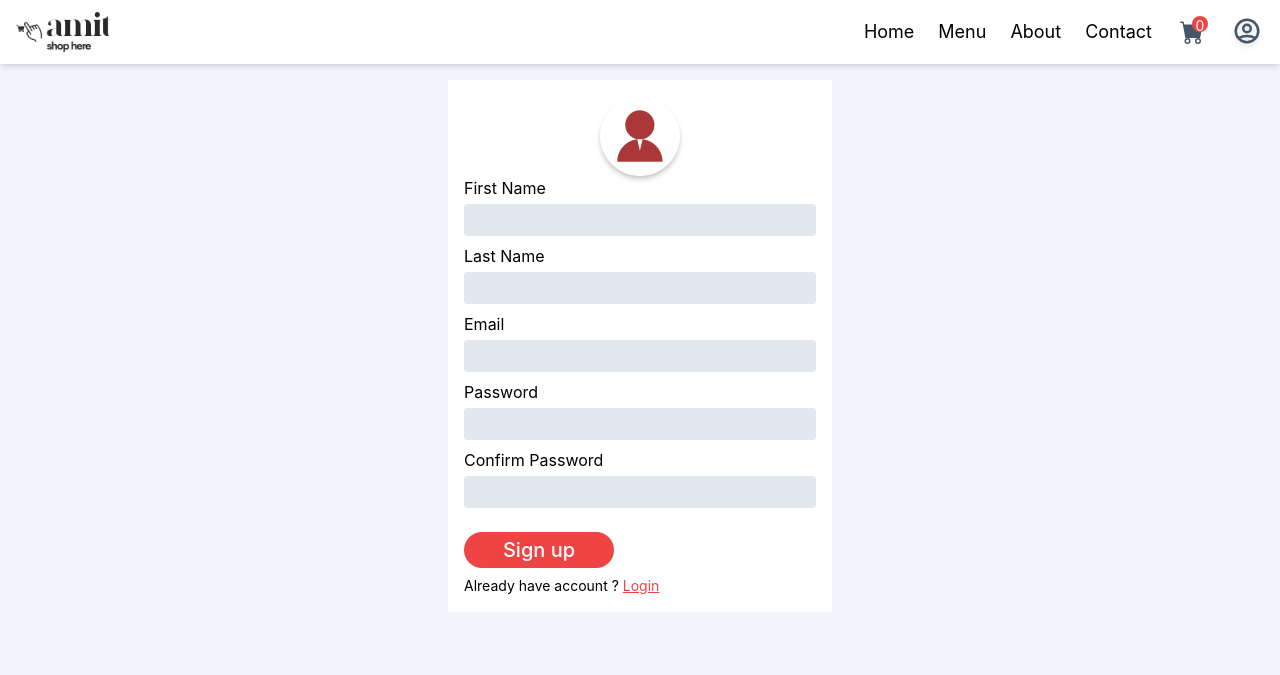
Repository: Lehuyhuynh/Web_ban_hoa_qua
Page: /signup (app in frontend/)
These files come from the project's save history. The page is drawn as it stood at one moment and after the next save; the edit follows.
The browser window is 1280 px wide. The pictures show the whole page.
The project was rebuilt for these pictures with package versions that can differ from the ones it lists, and the page was loaded fresh each time. Also part of the build but not shown: frontend/src/page/Home.js, frontend/src/page/Menu.js, frontend/src/page/About.js, frontend/src/page/Contact.js, frontend/src/page/login.js, frontend/src/page/Newproduct.js.

Above is the page before, as saved 2024-01-02 15:43:58.

### frontend/src/index.js
import React from "react";
import ReactDOM from "react-dom/client";
import "./index.css";
import App from "./App";
import reportWebVitals from "./reportWebVitals";
import {
  createBrowserRouter,
  createRoutesFromElements,
  Route,
  RouterProvider,
} from "react-router-dom";

import Home from "./page/Home";
import Menu from "./page/Menu";
import About from "./page/About";
import Contact from "./page/Contact";
import Login from "./page/login";
import NewProduct from "./page/Newproduct";
import Signup from "./page/Signup";

const router = createBrowserRouter(
  createRoutesFromElements(
    <Route path="/" element={<App />}>
      <Route index element={<Home />} />
      <Route path="menu" element={<Menu />} />
      <Route path="about" element={<About />} />
      <Route path="contact" element={<Contact />} />
      <Route path="login" element={<Login />} />
      <Route path="newproduct" element={<NewProduct />} />
      <Route path="signup" element={<Signup />} />
    </Route>
  )
);

const root = ReactDOM.createRoot(document.getElementById("root"));
root.render(<RouterProvider router={router} />);

// If you want to start measuring performance in your app, pass a function
// to log results (for example: reportWebVitals(console.log))
// or send to an analytics endpoint. Learn more: https://bit.ly/CRA-vitals
reportWebVitals();

### frontend/src/App.js
import Header from "./component/Header";
import { Outlet } from "react-router-dom";
function App() {
  return (
    <>
      <div>
        <Header />
        <main className="pt-16 bg-slate-100 min-h-[calc(100vh)]">
          <Outlet />
        </main>
      </div>
    </>
  );
}

export default App;

### frontend/src/page/Signup.js
import React from "react";
import loginSignupImage from "../assest/login-animation (1).gif";
import { Link } from "react-router-dom";

const Signup = () => {
  return (
    <div className="p-3 md:p-4">
      <div className="w-full max-w-sm bg-white m-auto flex  flex-col p-4">
        {/* <h1 className="text-center text-2xl font-bold">Sign up</h1> */}

        <div className="w-20 h-20 overflow-hidden rounded-full drop-shadow-md shadow-md m-auto relative ">
          <img src={loginSignupImage} className="w-full h-full" />
        </div>

        <form action="">
          <label htmlFor="firstName">First Name</label>
          <input
            type={"text"}
            id="firstName"
            name="firstName"
            className="mt-1 mb-2 w-full bg-slate-200 px-2 py-1 rounded focus-within:outline-blue-300"
          />

          <label htmlFor="lastName">Last Name</label>
          <input
            type={"text"}
            id="lastName"
            name="lastName"
            className="mt-1 mb-2 w-full bg-slate-200 px-2 py-1 rounded focus-within:outline-blue-300"
          />

          <label htmlFor="email">Email</label>
          <input
            type={"email"}
            id="email"
            name="email"
            className="mt-1 mb-2 w-full bg-slate-200 px-2 py-1 rounded focus-within:outline-blue-300"
          />

          <label htmlFor="password">Password</label>
          <div className="flex px-2 py-1 bg-slate-200 rounded mt-1 mb-2 focus-within:outline focus-within:outline-blue-300">
            <input
              type="password"
              id="password"
              name="password"
              className=" w-full bg-slate-200 border-none outline-none "
            />
            <span className="flex text-xl cursor-pointer"></span>
          </div>

          <label htmlFor="confirmpassword">Confirm Password</label>
          <div className="flex px-2 py-1 bg-slate-200 rounded mt-1 mb-2  focus-within:outline focus-within:outline-blue-300">
            <input
              type="confirmpassword"
              id="confirmpassword"
              name="confirmPassword"
              className=" w-full bg-slate-200 border-none outline-none "
            />
            <span className="flex text-xl cursor-pointer"></span>
          </div>

          <button className="w-full max-w-[150px] m-auto  bg-red-500 hover:bg-red-600 cursor-pointer  text-white text-xl font-medium text-center py-1 rounded-full mt-4">
            Sign up
          </button>
        </form>

        <p className="text-left text-sm mt-2">
          Already have account ?{" "}
          <Link to={"/login"} className="text-red-500 underline">
            Login
          </Link>
        </p>
      </div>
    </div>
  );
};

export default Signup;

### frontend/src/component/Header.js
import logo from "../assest/logo .png";
import { Link } from "react-router-dom";
import { HiOutlineUserCircle } from "react-icons/hi";
import { BsCartFill } from "react-icons/bs";
import { useState } from "react";
function Header() {
  const [showMenu, setShowMenu] = useState(false);
  const handleShowMenu = () => {
    setShowMenu((preve) => !preve);
  };
  return (
    <header className="fixed shadow-md w-full h-16 px-2 md:px-4 z-50 bg-white">
      {/* desktop */}

      <div className="flex items-center h-full justify-between">
        <Link to={""}>
          <div className="h-10">
            <img src={logo} className="h-full" />
          </div>
        </Link>

        <div className="flex items-center gap-4 md:gap-7">
          <nav className="gap-4 md:gap-6 text-base md:text-lg hidden md:flex">
            <Link to={""}> Home</Link>
            <Link to={"menu"}> Menu</Link>
            <Link to={"about"}> About</Link>
            <Link to={"contact"}>Contact</Link>
          </nav>

          <div className="text-2xl text-slate-600 relative">
            <BsCartFill />
            <div className="absolute -top-1 -right-1 text-white bg-red-500 h-4 w-4 rounded-full m-0 p-0 text-sm text-center">
              0
            </div>
          </div>
          <div className=" text-slate-600" onClick={handleShowMenu}>
            <div className="text-3xl cursor-pointer w-8 h-8 rounded-full overflow-hidden drop-shadow-md">
              <HiOutlineUserCircle />
            </div>

            {showMenu && (
              <div className="absolute right-2 bg-white py-2  shadow drop-shadow-md flex flex-col min-w-[120px] text-center">
                <Link
                  to={"newproduct"}
                  className="whitespace-nowrap cursor-pointer px-2"
                >
                  New product
                </Link>
                <Link
                  to={"login"}
                  className="whitespace-nowrap cursor-pointer px-2"
                >
                  Login
                </Link>
              </div>
            )}
          </div>
        </div>
      </div>
    </header>
  );
}
export default Header;

Loaded but not shown: frontend/public/index.html (common file); frontend/src/index.css (common file); frontend/src/reportWebVitals.js (common file); frontend/tailwind.config.js (common file)

After the next save:
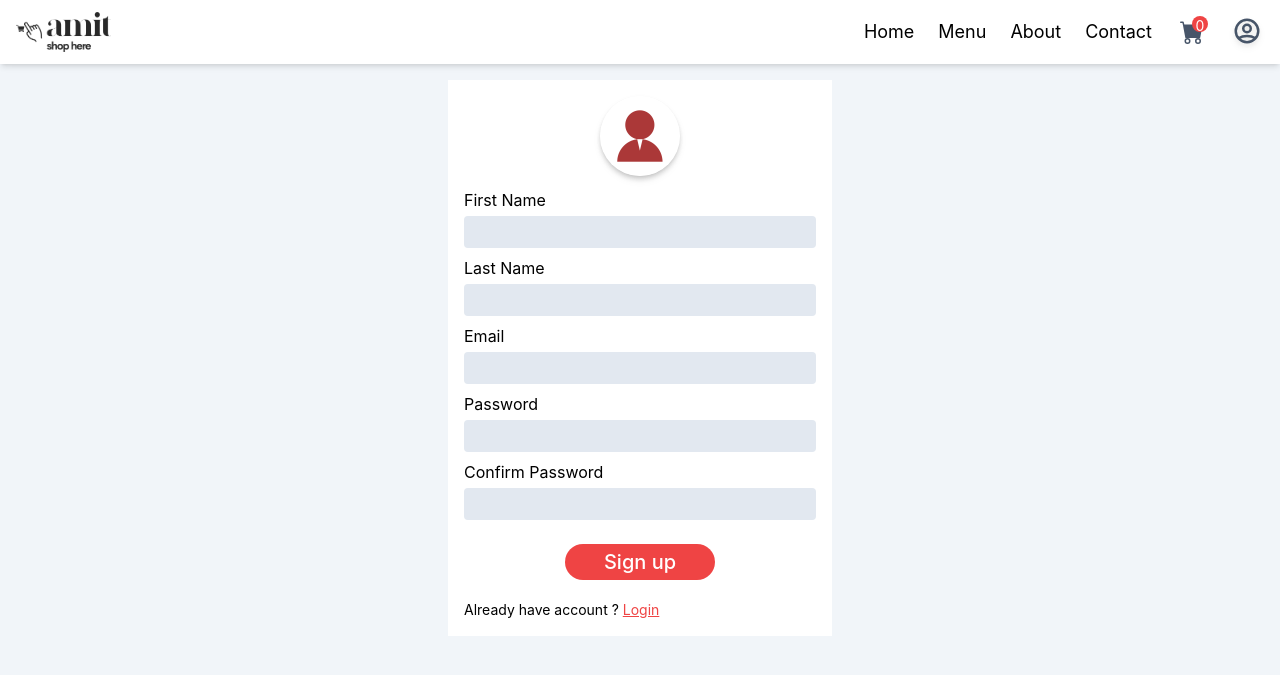
Saved 32 s later.
--- a/frontend/src/page/Signup.js
+++ b/frontend/src/page/Signup.js
@@ -12,7 +12,7 @@
           <img src={loginSignupImage} className="w-full h-full" />
         </div>
 
-        <form action="">
+        <form action="" className="w-full py-3 flex flex-col">
           <label htmlFor="firstName">First Name</label>
           <input
             type={"text"}
